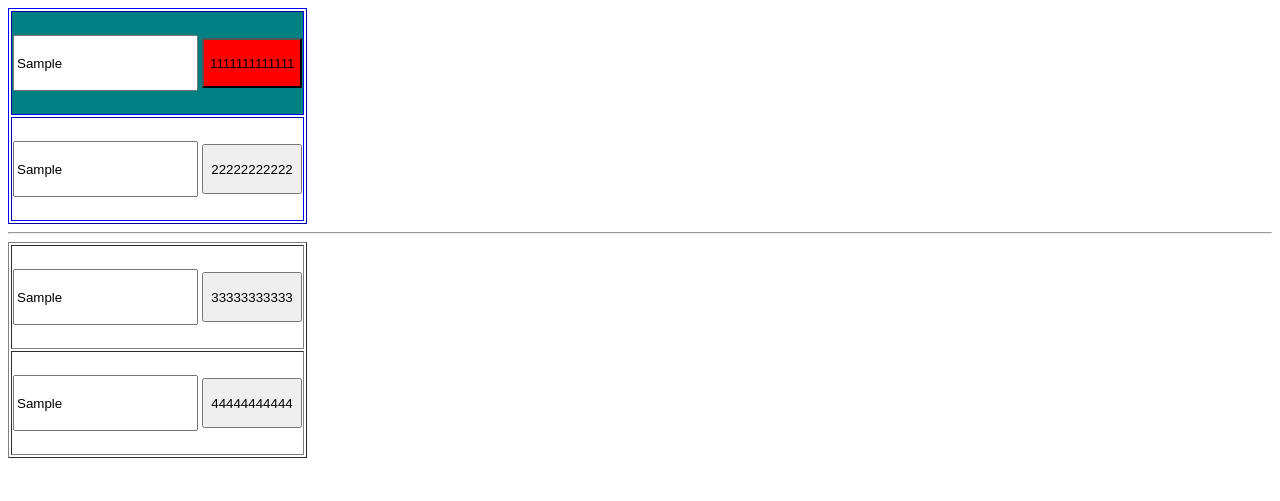
Repository: womss/sexyguy
Page: Spring/Feb14_1_jQuery/WebContent/2_DOM_Select.html
These files come from the project's save history. The page is drawn as it stood at one moment and after the next save; the edit follows.
The browser window is 1280 px wide. The pictures show the whole page.
Empty fields were first filled with sample values (such as "Sample", 5 or name@example.com).
After loading, the first visible `button` was clicked once.

Above is the page before, as saved 2025-02-14 02:36:13.

### Spring/Feb14_1_jQuery/WebContent/2_DOM_Select.html
<!DOCTYPE html>
<html>
<head>
<meta charset="UTF-8">
<title>Insert title here</title>
<style type="text/css">
	td {height: 100px;}
	input {height: 50px;}
	button {width: 100px; height: 50px;}

</style>
<script type="text/javascript" src="jQuery.js"></script>
<script type="text/javascript">
	$(function() {
		// alert('asdf');

		// 선택자를 지정하지 않았을 때 특정 DOM객체를 어떻게 찾아낼 것인가?
		$("button").click(function() {

			// $(this) : 클릭이벤트의 발생함수(콜백함수)를 호출한 장본인
			//			누른 버튼만 해당하는 명령을 실행하도록!
			$(this).css("background-color", "red");

			// 누른 버튼이 있는 td에 배경색을 주기

			// $("td").css("background-color", "teal");
			// parent() : 내가 누른 this의 한단계 상위 DOM객체
			//		cf) 한단계 하위 객체 : children()
			$(this).parent().css("background-color", "teal");


			// 누른 버튼이 있는 table의 테두리를 파란색으로
			$(this).parent().parent().parent().parent().css("border-color", "blue");


		});






	});
</script>
</head>
<body>
	<table border="1">
		<tr><td><input> <button>1111111111111</button></td></tr>
		<tr><td><input> <button>22222222222</button></td></tr>
	</table>
	<hr>
	<table border="1">
		<tr><td><input> <button>33333333333</button></td></tr>
		<tr><td><input> <button>44444444444</button></td></tr>
	</table>
</body>
</html>

Loaded but not shown: Spring/Feb14_1_jQuery/WebContent/jQuery.js (library)

After the next save:
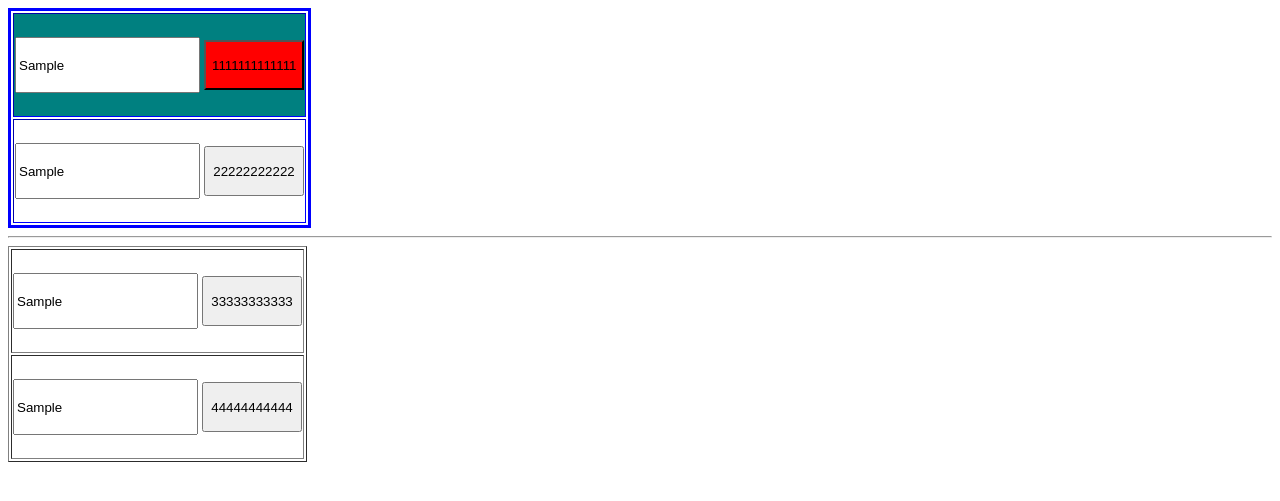
Saved 53 s later.
--- a/Spring/Feb14_1_jQuery/WebContent/2_DOM_Select.html
+++ b/Spring/Feb14_1_jQuery/WebContent/2_DOM_Select.html
@@ -30,7 +30,7 @@
 
 
 			// 누른 버튼이 있는 table의 테두리를 파란색으로
-			$(this).parent().parent().parent().parent().css("border-color", "blue");
+			$(this).parent().parent().parent().parent().css("border", "blue solid 3px");
 
 
 		});
